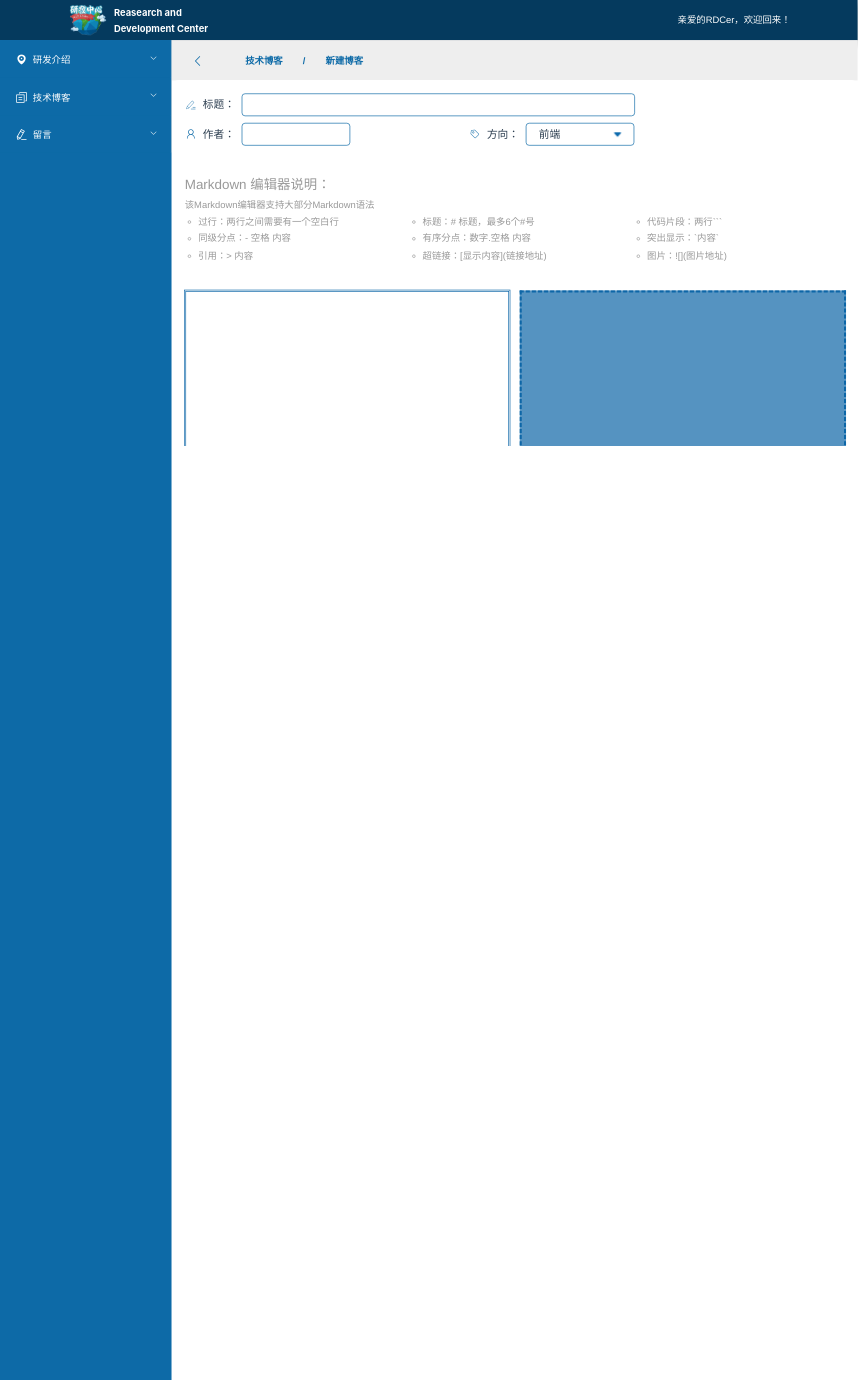
Repository: roger-hub/RDC-front-program
Page: /createblog
The author's editor kept a copy of each file at every save. The page is drawn from the files as they stood at one save, then again after a run of saves.
The browser window is 1280 px wide. The pictures show the whole page, at 67% of full size.
An inner scrolling area shows only its first screen. The project was rebuilt for these pictures with package versions that can differ from the ones it lists, and the page was loaded fresh each time. Also part of the build but not shown: vue.config.js, src/views/Home.vue, src/views/Login.vue, src/components/UnMessage.vue, src/views/CheckMessage.vue, src/components/PushComment.vue, src/components/ReplyArea.vue, src/components/EachMessage.vue and 1 more.

Above is the page before, as saved 2020-08-21 20:50:08.

After the next 2 saves:
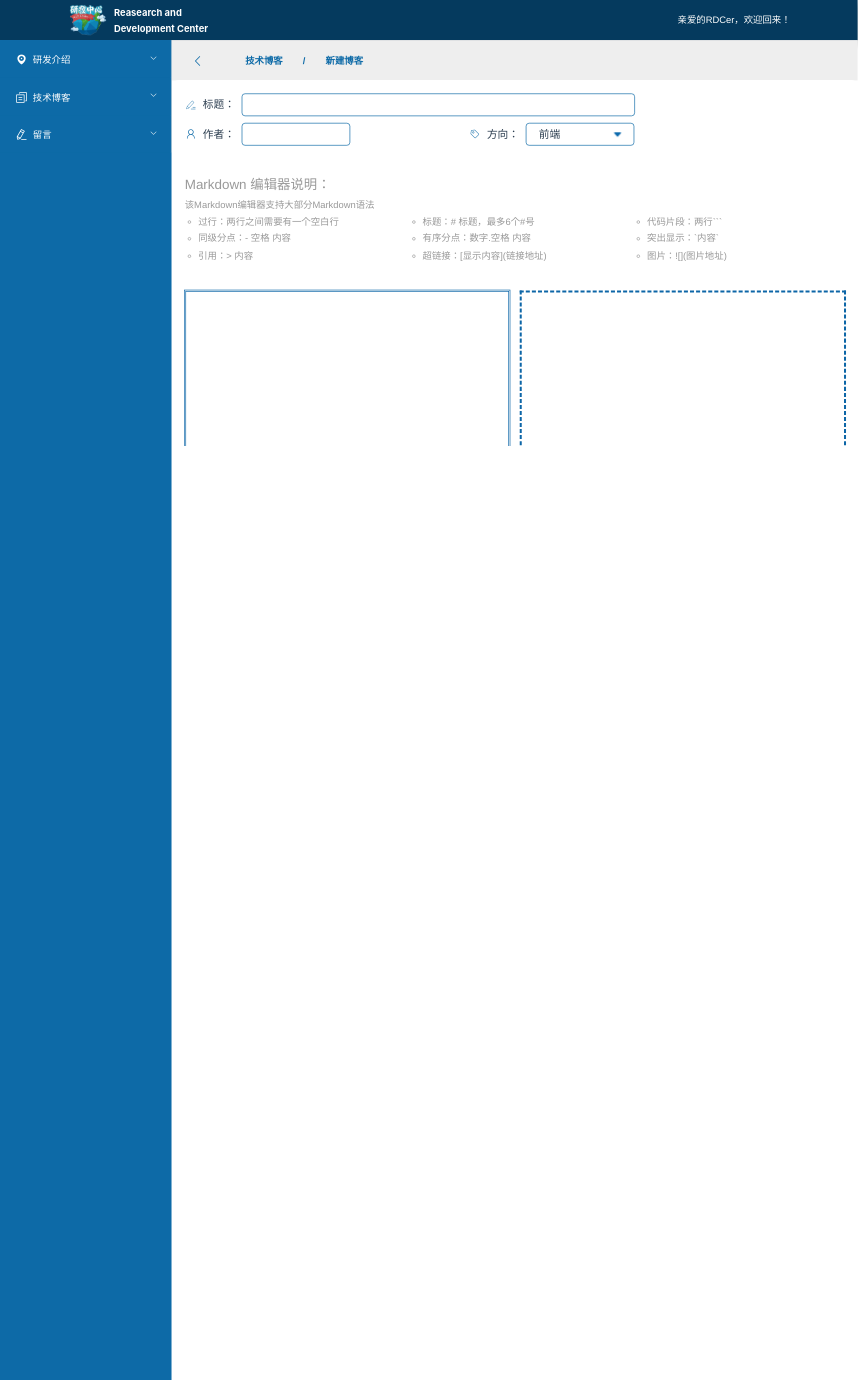
The 2 saves are shown as one change because they came seconds apart.
The last was saved 10 s later.
--- a/src/components/blogWrite/md.vue
+++ b/src/components/blogWrite/md.vue
@@ -156,10 +156,10 @@
     #show-area {
         overflow-x: hidden;
         height: 594px;
-        background-color: rgba(13, 102, 167,.7);
+        /* background-color: rgba(13, 102, 167,.7); */
         overflow-y: auto;
         padding: 0 10px;
-        color: #eee;
+        /* color: #eee; */
         border: 3px dashed #0d66a7;
     }
 
